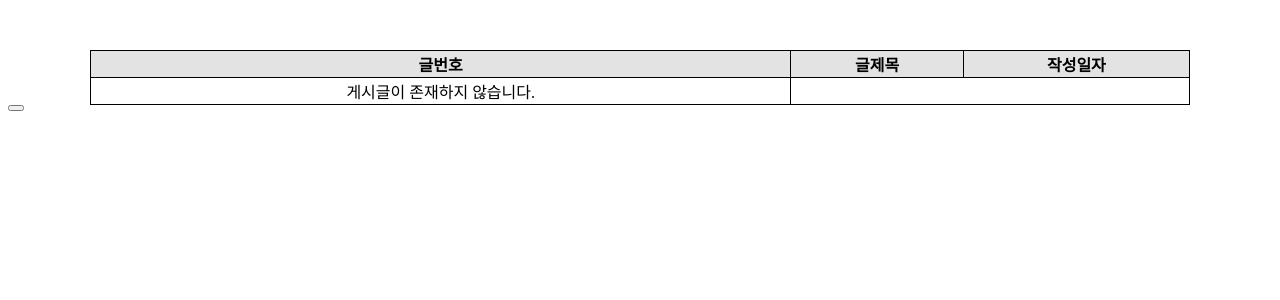
Repository: minkyung0421/NMT_Project
Page: http://localhost/MyPage_Project/list.jsp
An editor plug-in stored every save of this project. The page is shown before and after the next save, followed by the edit.
The browser window is 1280 px wide. The pictures show the whole page.
The page is served by Tomcat 9. Queries for data that is not in the repository find no rows.

Above is the page before, as saved 2018-08-30 19:07:00.

### NMT_Project/MyPage_Project/WebContent/list.jsp
<%@ page language="java" contentType="text/html; charset=UTF-8"
    pageEncoding="UTF-8"%>
<%@ page import="java.sql.*" %>
<!DOCTYPE html PUBLIC "-//W3C//DTD HTML 4.01 Transitional//EN" "http://www.w3.org/TR/html4/loose.dtd">
<html>
<head>
<meta http-equiv="Content-Type" content="text/html; charset=UTF-8">
<title>List</title>
<style>

      .body{

        width:1100px;

        margin:50px auto 0;

        text-align: center;

      }



      .body, .body td, .body th{ border-collapse: collapse; border:1px solid black; box-sizing: border-box;}

      .body th{background-color: #e3e3e3;}

      .Btn{margin:30px auto 0; width:100px;}

    </style>
</head>
<body>
<%

	Class.forName("com.mysql.jdbc.Driver"); //mysql연동
	String url = "jdbc:mysql://localhost:3306/blog"; //mysql 데이터베이스명
	String mysql_id = "root"; //mysql id
	String mysql_pw = "1234"; //mysql pw
	int total = 0;

	try{
		Connection conn = DriverManager.getConnection(url, mysql_id, mysql_pw);
		Statement stmt = conn.createStatement();
		String totalSql = "select count(*) from board;"; //총 글 갯수
		ResultSet rs = stmt.executeQuery(totalSql);

		if(rs.next()){
			total = rs.getInt(1);
		}

		String listSql = "select board_no, board_title, board_date from board;"; //전체리스트
		rs = stmt.executeQuery(listSql);

		//오류가 없을 시
		%>
		<table class = "body">
			<tr>
				<th>글번호</th>
				<th>글제목</th>
				<th>작성일자</th>
			<tr>
			<%
			if(total==0){
			%>
			<tr>
				<td>게시글이 존재하지 않습니다.</td>
			</tr>
			<%
			//total이 0이 아닐때
			}else{
				while(rs.next()){
					int board_no = rs.getInt(1);
					String board_title = rs.getString(2);
					String board_date = rs.getString(3);

					//리스트 출력
			%>
			<tr>
				<td><%=board_no %></td>
				<td><a href="Detail.jsp?board_no=<%=board_no%>"><%= board_title %></a></td>
				<td><%= board_date %></td>
			</tr>
			<%
				}
			}
			rs.close();
			conn.close();
			stmt.close();
	}catch(SQLException e){
		out.println(e.toString());
	}
%>
</table>
<button value="글쓰기"></button>
</body>
</html>

After the next save:
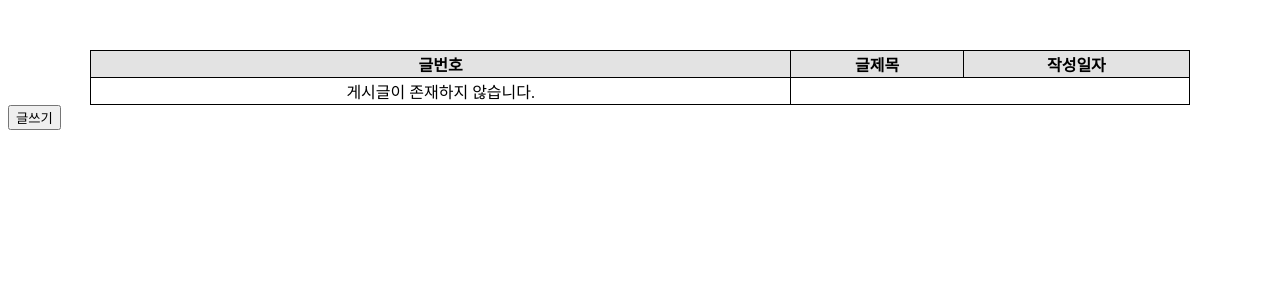
Saved 70 s later.
--- a/NMT_Project/MyPage_Project/WebContent/list.jsp
+++ b/NMT_Project/MyPage_Project/WebContent/list.jsp
@@ -90,6 +90,6 @@
 	}
 %>
 </table>
-<button value="글쓰기"></button>
+<a href = "../Write.jsp"><button>글쓰기</button></a>
 </body>
 </html>
